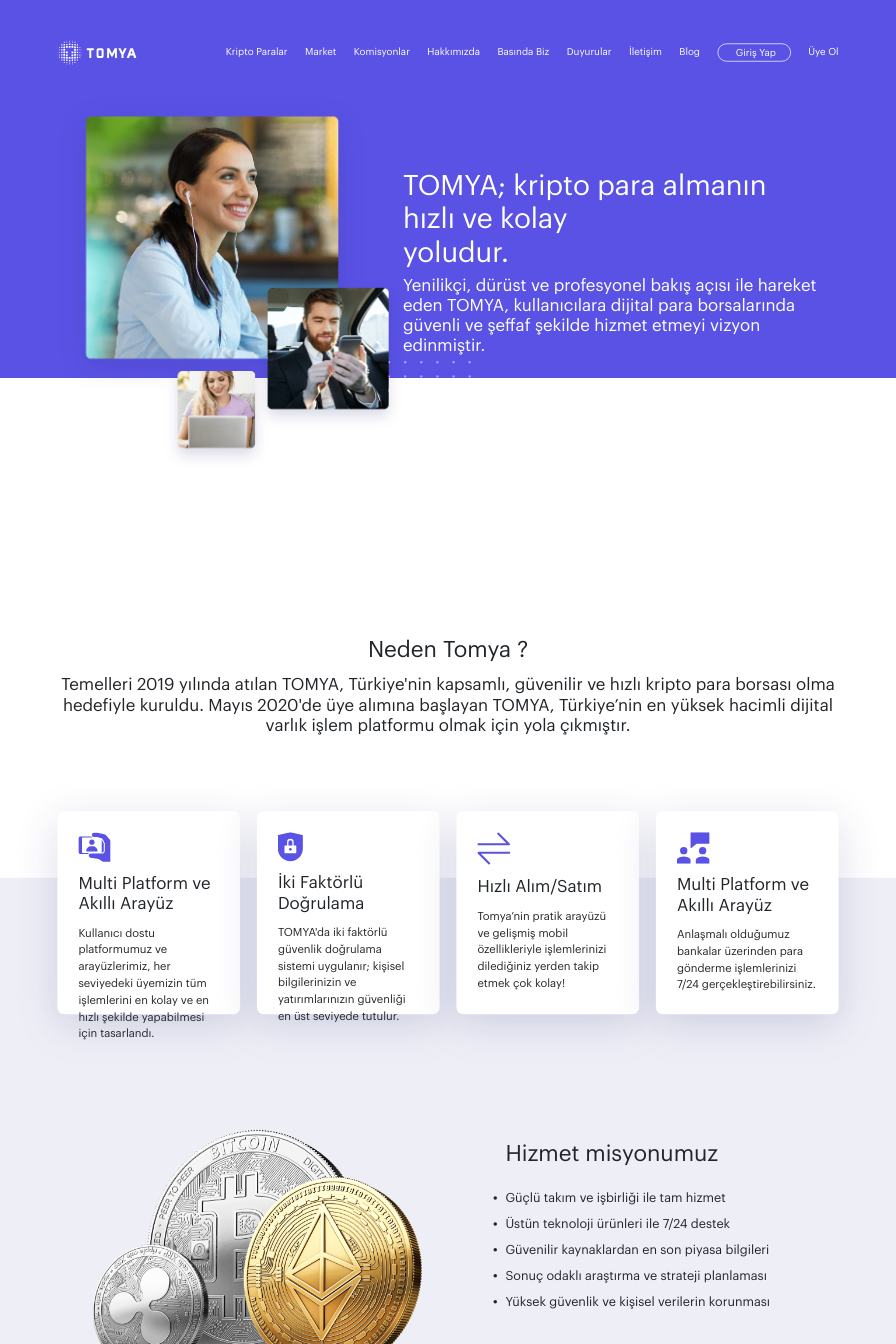
Repository: ezgibayrakli/TomyaProje
Page: index copy.html
An editor plug-in stored every save of this project. The page is shown before and after a run of saves, followed by the edit.
The browser window is 1280 px wide. The pictures show the part of the page from y = 0 to 1920 px (the page is 4919 px tall), at 70% of full size.
Some web fonts or font styles are not loaded; a fallback is used.

Above is the page before, as saved 2023-07-06 20:48:44.

After the next 2 saves:
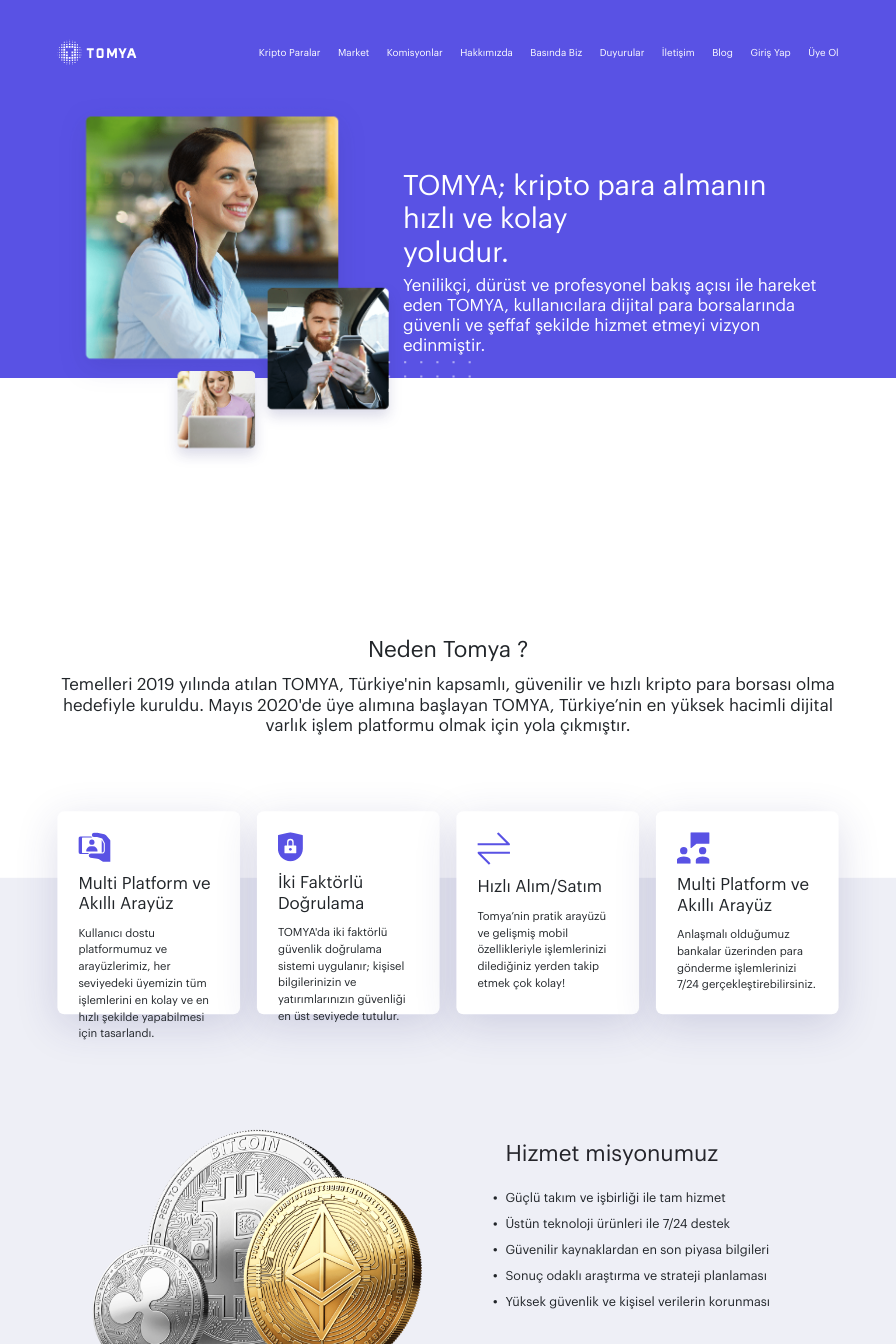
The 2 saves are shown as one change because they came seconds apart.
The last was saved 9 min 52 s later.
--- a/index copy.html
+++ b/index copy.html
@@ -50,7 +50,7 @@
                             <li><a href="#">Duyurular</a></li>
                             <li><a href="#">İletişim</a></li>
                             <li><a href="#">Blog</a></li>
-                            <li class="enter"><a href="#">Giriş Yap</a></li>
+                            <li class="#"><a href="#">Giriş Yap</a></li>
                             <li><a href="#">Üye Ol</a></li>
                         </ul>
                     </div>
